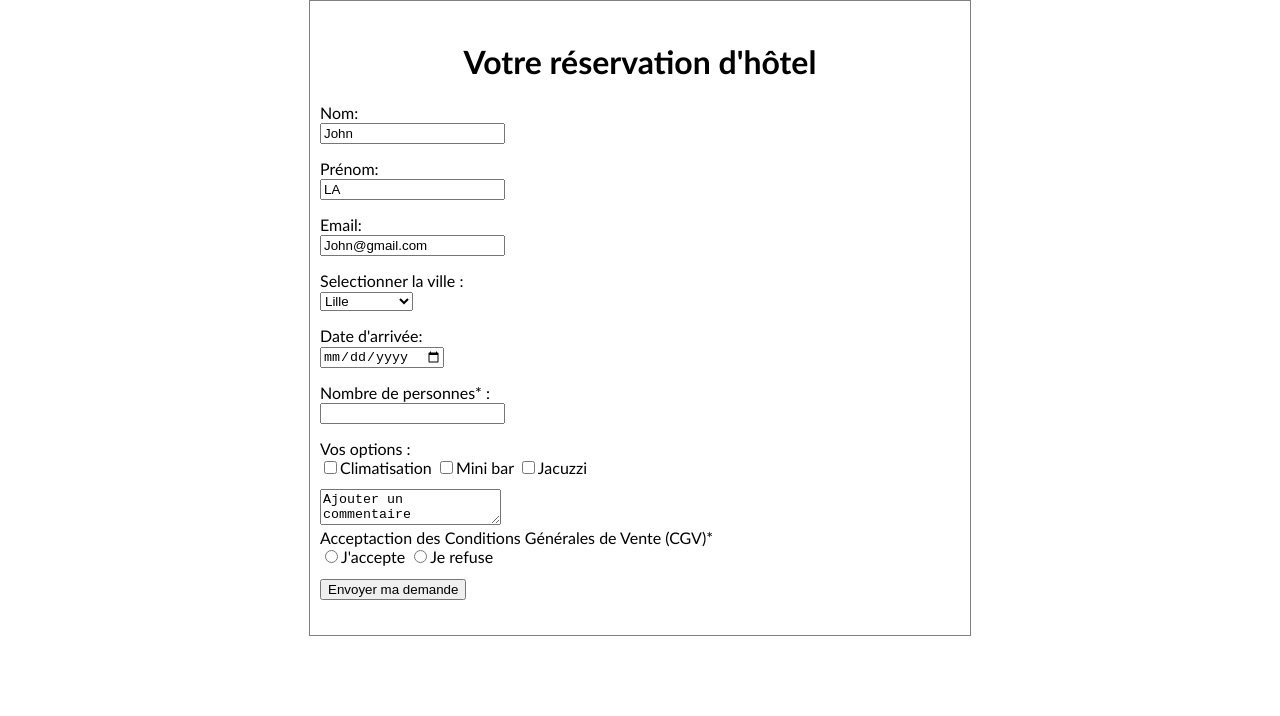
Repository: Coumba25040/coumbaProjet
Page: Env/index.html
The author's editor kept a copy of each file at every save. The page is drawn from the files as they stood at one save, then again after the next save.
The browser window is 1280 px wide. The pictures show the whole page.

Above is the page before, as saved 2024-10-14 20:15:22.

After the next save:
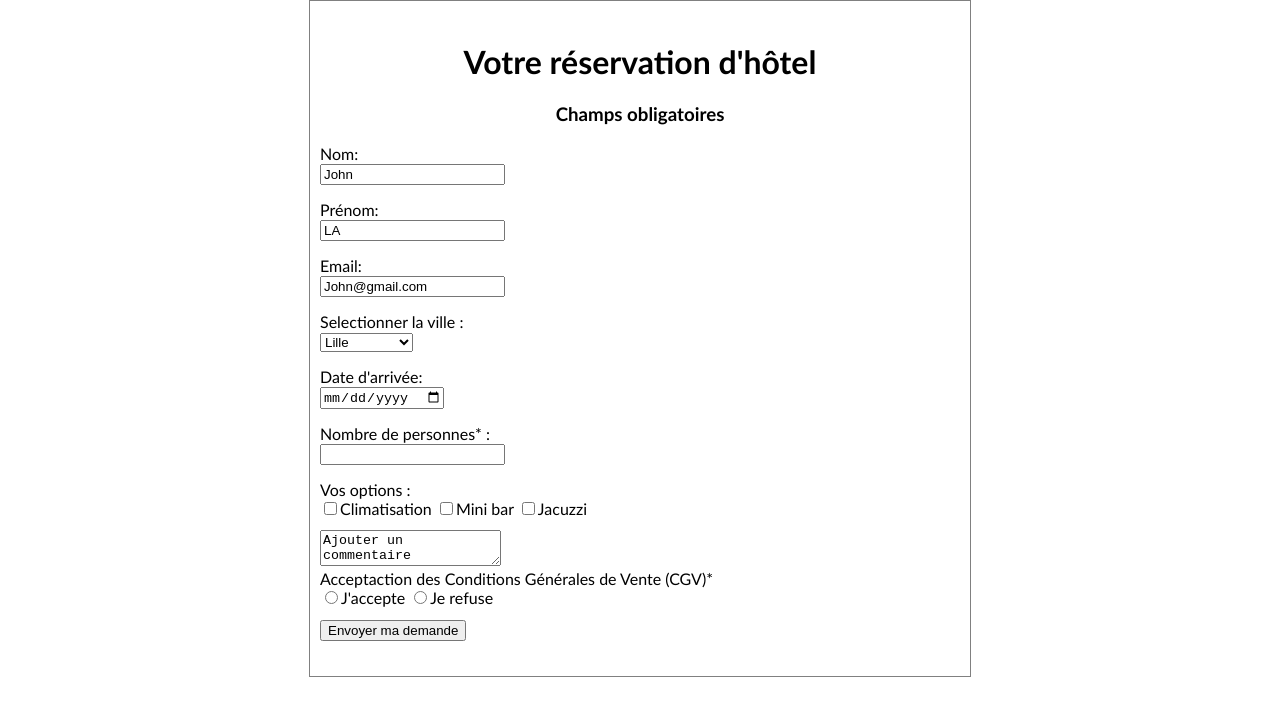
Saved 55 s later.
--- a/Env/index.html
+++ b/Env/index.html
@@ -33,7 +33,7 @@
 <body> <!-- corps de la page début du contenu qui sera affiché -->
 
     <h1>Votre réservation d'hôtel </h1> <!-- Titre de niveau 1 -->
-    <h3> </h3> <!-- Titre de niveau 3 (plus petit) -->
+    <h3>Champs obligatoires </h3> <!-- Titre de niveau 3 (plus petit) -->
 
     <!-- début du formulaire -->
     <form id="registration_form" method="POST">
